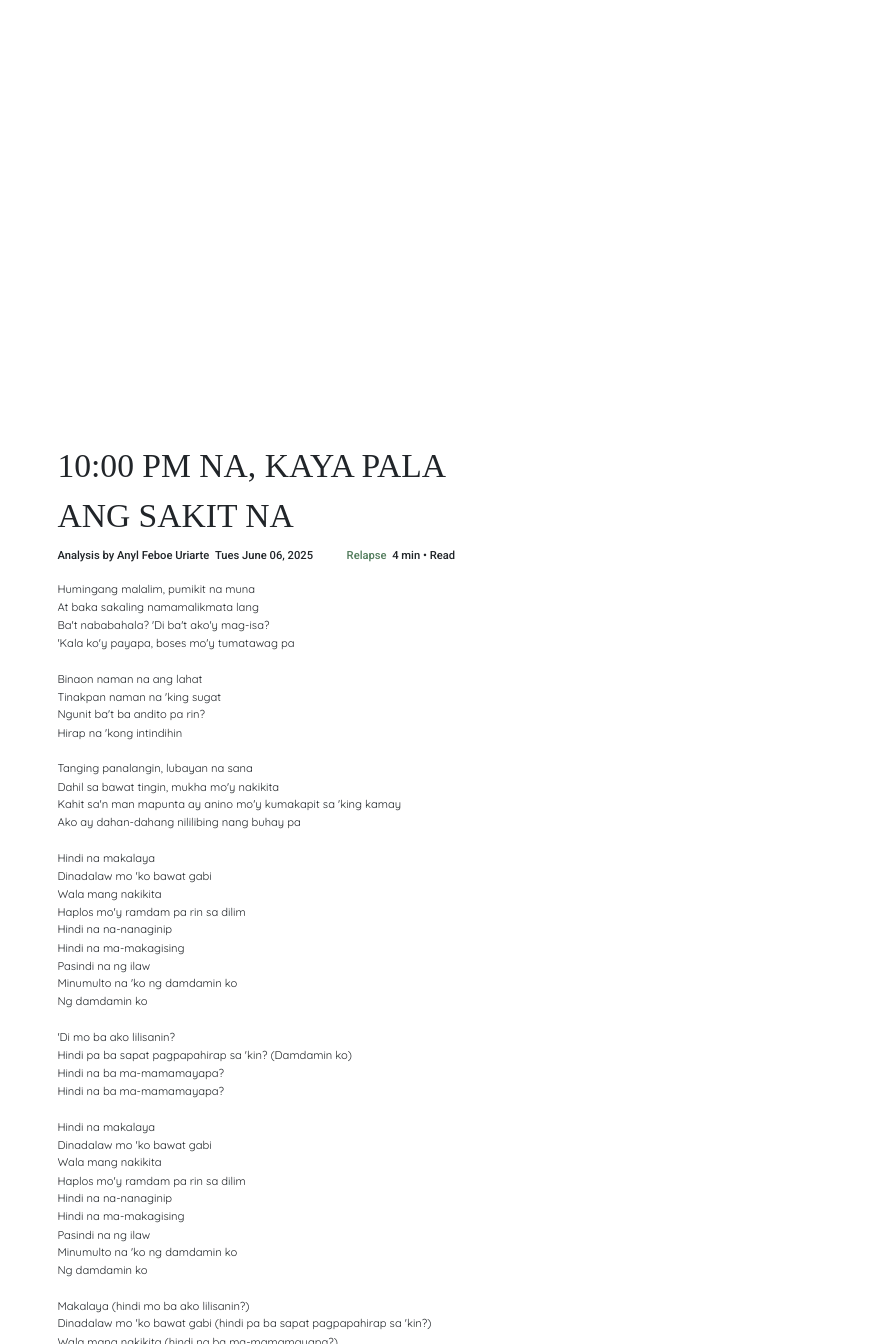
Repository: Uriarte-Anyl/Uriarte-Anyl.github.io
Page: Course/ADET/A07/index.html
An editor plug-in stored every save of this project. The page is shown before and after the next save, followed by the edit.
The browser window is 1280 px wide. The pictures show the part of the page from y = 1695 to 3615 px (the page is 3717 px tall before and 3317 px after), at 70% of full size.
Pictures or frames that could not be fetched are drawn as grey boxes. Some web fonts or font styles are not loaded; a fallback is used.

Above is the page before, as saved 2025-06-05 09:13:45.

### Course/ADET/A07/index.html
<!DOCTYPE html>
<html lang="en">
  <head>
    <meta charset="utf-8" />
    <meta name="viewport" content="width=device-width, initial-scale=1" />
    <title>City of Sto.Tomas — Journey</title>
    <link rel="preconnect" href="https://fonts.googleapis.com" />
    <link rel="preconnect" href="https://fonts.gstatic.com" crossorigin />
    <link
      href="https://fonts.googleapis.com/css2?family=Domine:wght@400..700&family=Quicksand:wght@300..700&family=Roboto:wght@500&display=swap"
      rel="stylesheet"
    />
    <link
      href="https://cdn.jsdelivr.net/npm/bootstrap@5.3.6/dist/css/bootstrap.min.css"
      rel="stylesheet"
      integrity="sha384-4Q6Gf2aSP4eDXB8Miphtr37CMZZQ5oXLH2yaXMJ2w8e2ZtHTl7GptT4jmndRuHDT"
      crossorigin="anonymous"
    />
  </head>

  <style>
    .domine-header {
      font-family: "Domine", serif;
      font-optical-sizing: auto;
      font-weight: 400;
      font-style: normal;
    }
    .roboto-subheader {
      font-family: "Roboto", sans-serif;
      font-optical-sizing: auto;
      font-weight: 500;
      font-style: normal;
      font-variation-settings: "wdth" 100;
    }

    .quicksand-contents {
      font-family: "Quicksand", sans-serif;
      font-optical-sizing: auto;
      font-weight: 400;
      font-style: normal;
    }

    img {
      width: 100%;
      height: auto;
      object-fit: cover;
      display: block;
      max-height: 80vh;
    }

    .icon {
      font-family: "Roboto", sans-serif;
      font-weight: 700;
      font-size: 20px;
    }

    .icon span {
      color: #537d5d;
    }

    .line {
      height: 100%;
      width: 0.5px;
      border-left: 1px solid black;
    }

    .items-wrapper {
      font-family: "Roboto", sans-serif;
    }

    .header {
      width: 26ch;
      font-family: "Domine", serif;
      font-size: 48px;
    }

    .sub-contents-wrapper {
      font-family: "Roboto", sans-serif;
      font-size: 16px;
    }

    .content {
      font-family: "Quicksand", sans-serif;
      font-size: 16px;
      width: clamp(90%, 60ch, 80ch);
      line-height: 1.6;
    }

    .category {
      color: #537d5d;
    }

    .card {
      height: 160px;
      width: 100%;
      box-shadow: 0 5px 10px rgba(154, 160, 185, 0.05),
        0 15px 40px rgba(166, 173, 201, 0.2);
      border: none;
    }

    .lyrics {
      font-family: "Quicksand", sans-serif;
      font-size: 1rem;
      white-space: pre-wrap;
      line-height: 1.6;
    }

    .frame{
      width: 340px;
      height: 1000px;
    }
  </style>

  <body>
    <div class="container-fluid my-4">
      <div class="row">
        <div class="col d-flex flex-row align-center justify-content-around">
          <div class="item-icon-wrapper d-flex flex-row align-center">
            <div class="icon pe-3"><span>STB</span>LOG</div>
            <div class="line px-1"></div>
            <div class="items-wrapper d-flex flex-row align-center">
              <div class="item px-2 py-1">News</div>
              <div class="item px-2 py-1">Stories</div>
              <div class="item px-2 py-1">Community</div>
              <div class="item px-2 py-1">Subscribe</div>
            </div>
          </div>
          <div class="items-wrapper d-flex flex-row align-center">
            <div class="item-write-wrapper d-flex flex-row align-center px-3">
              <div class="write-icon py-1 px-1">
                <svg
                  xmlns="http://www.w3.org/2000/svg"
                  width="16"
                  height="16"
                  fill="currentColor"
                  class="bi bi-pencil-square"
                  viewBox="0 0 16 16"
                >
                  <path
                    d="M15.502 1.94a.5.5 0 0 1 0 .706L14.459 3.69l-2-2L13.502.646a.5.5 0 0 1 .707 0l1.293 1.293zm-1.75 2.456-2-2L4.939 9.21a.5.5 0 0 0-.121.196l-.805 2.414a.25.25 0 0 0 .316.316l2.414-.805a.5.5 0 0 0 .196-.12l6.813-6.814z"
                  />
                  <path
                    fill-rule="evenodd"
                    d="M1 13.5A1.5 1.5 0 0 0 2.5 15h11a1.5 1.5 0 0 0 1.5-1.5v-6a.5.5 0 0 0-1 0v6a.5.5 0 0 1-.5.5h-11a.5.5 0 0 1-.5-.5v-11a.5.5 0 0 1 .5-.5H9a.5.5 0 0 0 0-1H2.5A1.5 1.5 0 0 0 1 2.5z"
                  />
                </svg>
              </div>
              <div class="item" style="padding: 6px 0px 6px 0px">Write</div>
            </div>
            <div class="item px-3 py-1">
              <svg
                xmlns="http://www.w3.org/2000/svg"
                width="16"
                height="16"
                fill="currentColor"
                class="bi bi-bell-fill"
                viewBox="0 0 16 16"
              >
                <path
                  d="M8 16a2 2 0 0 0 2-2H6a2 2 0 0 0 2 2m.995-14.901a1 1 0 1 0-1.99 0A5 5 0 0 0 3 6c0 1.098-.5 6-2 7h14c-1.5-1-2-5.902-2-7 0-2.42-1.72-4.44-4.005-4.901"
                />
              </svg>
            </div>
            <div class="item px-3 py-1">
              <div
                class="profile rounded-5 bg-dark"
                style="width: 24px; height: auto"
              >
                1
              </div>
            </div>
          </div>
        </div>
      </div>
    </div>

    <div class="container-fluid">
      <div class="row">
        <div class="col p-0 m-0">
          <img src="image/bleh.jpg" />
        </div>
      </div>
    </div>

    <div class="container mt-5 position-relative">
      <div class="row">
        <div class="col-sm-12 col-md-9">
          <!-- CONTENT -->

          <!-- TITLE AND SUBCONTENTS -->
          <div class="header py-2">JISUN TITUM ALJURED</div>
          <div class="sub-contents-wrapper d-flex flex-row align-center">
            <div class="author-date-wrapper d-flex flex-row pe-5">
              <div class="author pe-2">Research by Wembanyama</div>
              <div class="date">Tues June 06, 2025</div>
            </div>

            <div class="category-duration-wrapper d-flex flex-row">
              <div class="category pe-2">Sports</div>
              <div class="duration">10 min &#x2022; Read</div>
            </div>
          </div>

          <!-- END OF TITLE AND SUBCONTENTS -->

          <!-- BODY -->
          <div class="content py-4">
            malaking ipikto sa boston siltiks 🤯ang pagkawala ni jison titum😞,
            sa kanilang layn-ap😟😟, dahil sa gem seks natalo sila sa noyork
            niks🥺🥺✋️, kung kumakailan si jison titum nagkaroon ng indyure🤯🤯
            dahilan di siya nakaro sa gem seks, at nayari na ☹️sila sa kamay ng
            noyork neks😔, sa boston siltiks pans end season na ang tim😝,
            pahinga muna, palakas para sa neks sison😌, por da noyork niks
            sasabak ulit tayo😤, parang butas karayong ang ating dadaanan💙🤤
            bago makamtam ang ating inaasam-asam😘🥺na ang trophy🥳🤩 Or
            Kampyonato😳🥺sa eastern conperens😪😮‍💨Alam naman natin😮Ang indiana
            pacers🫥MALAKAS po itong KUPUNAN🥺😩PARANG BAGYO⛈🌫dahil napatunayan
            nila😫😞pagkatapos matalo 🙁ang number 1 standing 🤨😗sa eastern
            canperence 😩😫 na ang CLEVELAND CAVALIERS🙁☹️malapit nila MASWEET🥹
            ITO ang INDIAN PACERS!🫨🫨alamin natin KUNG SINO?🙃ang may ari🤨🤓 SA
            GAYM WAN🥳😕INDIANA PACERS BERSUS NEW YORK NIKS😮😧AABANGAN😖😖😣
          </div>
          <!-- END OF BODY -->

          <!-- TITLE AND SUBCONTENTS -->
          <div class="header py-2">IN-HEAT NA LAHAT</div>
          <div class="sub-contents-wrapper d-flex flex-row align-center">
            <div class="author-date-wrapper d-flex flex-row pe-5">
              <div class="author pe-2">UV INDEX FOR STO.TOMAS, BATANGAS</div>
              <div class="date">Tues June 06, 2025</div>
            </div>

            <div class="category-duration-wrapper d-flex flex-row">
              <div class="category pe-2">NEWS</div>
              <div class="duration"></div>
            </div>
          </div>

          <!-- END OF TITLE AND SUBCONTENTS -->

          <!-- BODY -->
          <div class="content py-4">
            <iframe class="frame"
              src="https://Uriarte-Anyl.github.io/Course/ADET/A07/embed.html"
            ></iframe>
          </div>
          <!-- END OF BODY -->

          <div class="header py-2">10:00 PM NA, KAYA PALA ANG SAKIT NA</div>
          <div class="sub-contents-wrapper d-flex flex-row align-center">
            <div class="author-date-wrapper d-flex flex-row pe-5">
              <div class="author pe-2">Analysis by Anyl Feboe Uriarte</div>
              <div class="date">Tues June 06, 2025</div>
            </div>

            <div class="category-duration-wrapper d-flex flex-row">
              <div class="category pe-2">Relapse</div>
              <div class="duration">4 min &#x2022; Read</div>
            </div>
          </div>

          <pre class="lyrics py-4">
Humingang malalim, pumikit na muna
At baka sakaling namamalikmata lang
Ba't nababahala? 'Di ba't ako'y mag-isa?
'Kala ko'y payapa, boses mo'y tumatawag pa

Binaon naman na ang lahat
Tinakpan naman na 'king sugat
Ngunit ba't ba andito pa rin?
Hirap na 'kong intindihin

Tanging panalangin, lubayan na sana
Dahil sa bawat tingin, mukha mo'y nakikita
Kahit sa'n man mapunta ay anino mo'y kumakapit sa 'king kamay
Ako ay dahan-dahang nililibing nang buhay pa

Hindi na makalaya
Dinadalaw mo 'ko bawat gabi
Wala mang nakikita
Haplos mo'y ramdam pa rin sa dilim
Hindi na na-nanaginip
Hindi na ma-makagising
Pasindi na ng ilaw
Minumulto na 'ko ng damdamin ko
Ng damdamin ko

'Di mo ba ako lilisanin?
Hindi pa ba sapat pagpapahirap sa 'kin? (Damdamin ko)
Hindi na ba ma-mamamayapa?
Hindi na ba ma-mamamayapa?

Hindi na makalaya
Dinadalaw mo 'ko bawat gabi
Wala mang nakikita
Haplos mo'y ramdam pa rin sa dilim
Hindi na na-nanaginip
Hindi na ma-makagising
Pasindi na ng ilaw
Minumulto na 'ko ng damdamin ko
Ng damdamin ko

Makalaya (hindi mo ba ako lilisanin?)
Dinadalaw mo 'ko bawat gabi (hindi pa ba sapat pagpapahirap sa 'kin?)
Wala mang nakikita (hindi na ba ma-mamamayapa?)
Haplos mo'y ramdam pa rin sa dilim (hindi na ba ma-mamamayapa?)
  </pre
          >
          <!--END OF CONTENT -->
        </div>
        <div class="col-12 col-lg-3 position-relative">
          <div
            class="card-wrapper pt-2 position-sticky top-0 position-sm-absolute end-0"
            style="width: 100%; max-width: 300px"
          >
            <div class="card my-4">1</div>
            <div class="card my-4">1</div>
            <div class="card my-4">1</div>
            <div class="card my-4">1</div>
          </div>
        </div>
      </div>
    </div>
    <script
      src="https://cdn.jsdelivr.net/npm/bootstrap@5.3.6/dist/js/bootstrap.bundle.min.js"
      integrity="sha384-j1CDi7MgGQ12Z7Qab0qlWQ/Qqz24Gc6BM0thvEMVjHnfYGF0rmFCozFSxQBxwHKO"
      crossorigin="anonymous"
    ></script>
  </body>
</html>

After the next save:
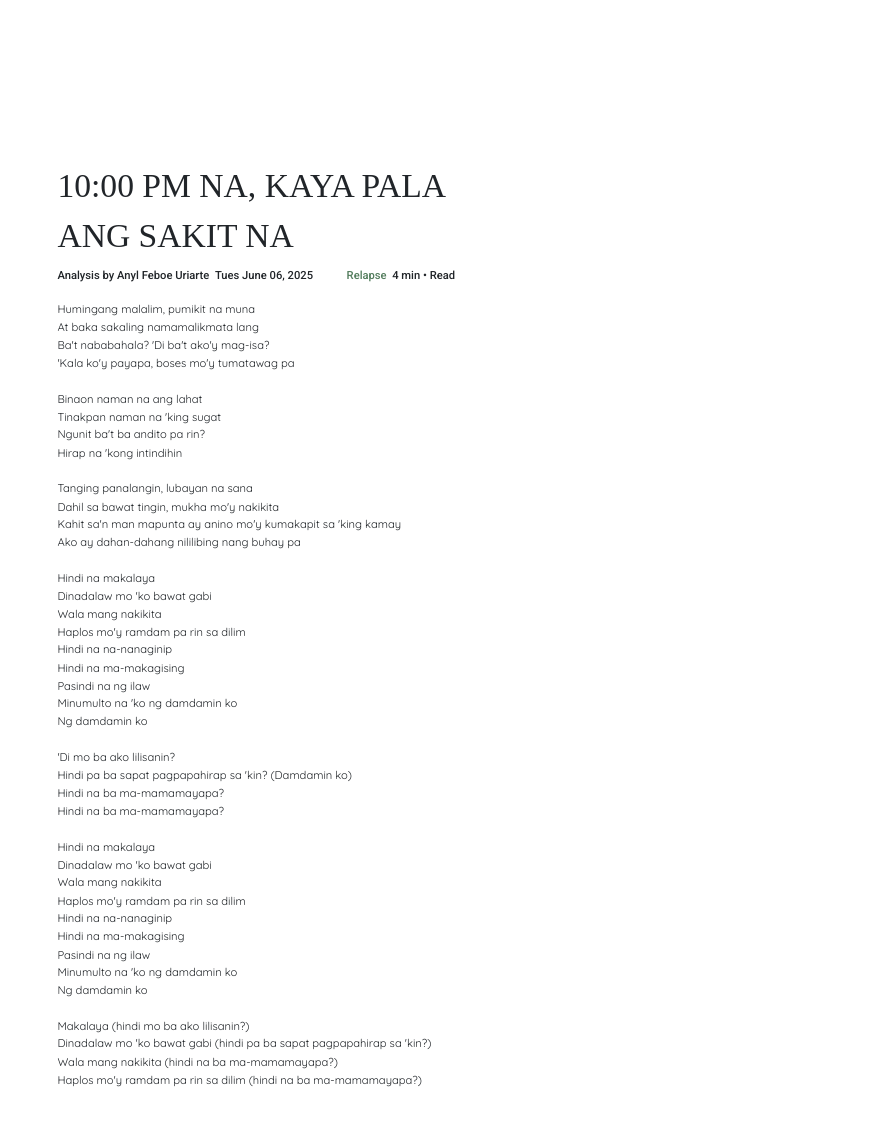
Saved 59 s later.
--- a/Course/ADET/A07/index.html
+++ b/Course/ADET/A07/index.html
@@ -107,7 +107,7 @@
 
     .frame{
       width: 340px;
-      height: 1000px;
+      height: 600px;
     }
   </style>
 
